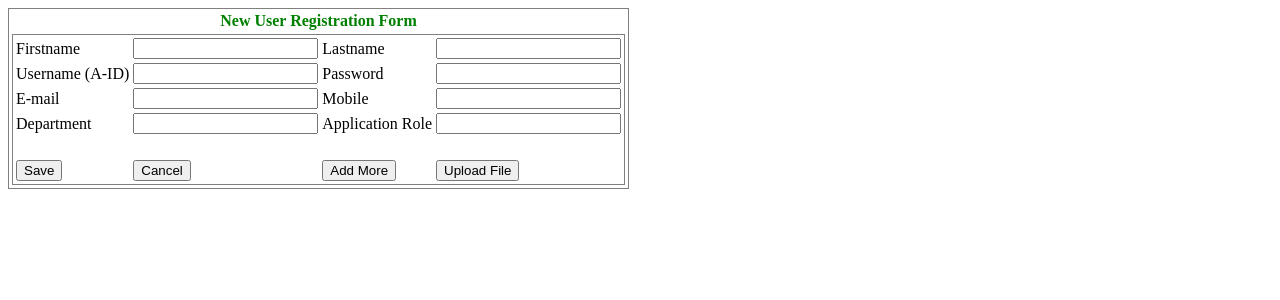
Repository: guribrar/enrolmentapp
Page: http://localhost/enrolmentapp/newuser.jsp
The author's editor kept a copy of each file at every save. The page is drawn from the files as they stood at one save, then again after the next save.
The browser window is 1280 px wide. The pictures show the whole page.
The page is served by Tomcat 9.

Above is the page before, as saved 2016-12-31 13:50:27.

After the next save:
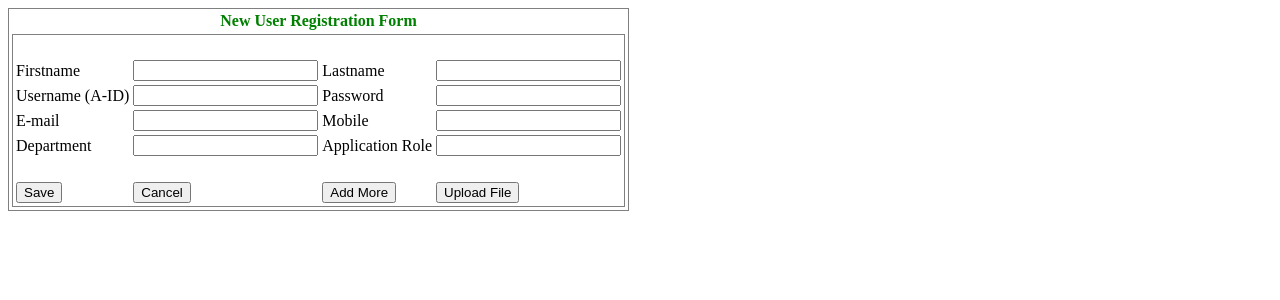
Saved 29 s later.
--- a/enrolmentapp/WebContent/newuser.jsp
+++ b/enrolmentapp/WebContent/newuser.jsp
@@ -15,6 +15,12 @@
 		<td>
 			<form action="UserRegistrationServlet">
 			<table frame="box">
+				<tr>
+					<td>&nbsp;</td>
+					<td>&nbsp;</td>
+					<td>&nbsp;</td>
+					<td>&nbsp;</td>
+				</tr>
 				<tr>
 					<td>Firstname</td>
 					<td><input type="text" name="firstname" value="" /></td>
